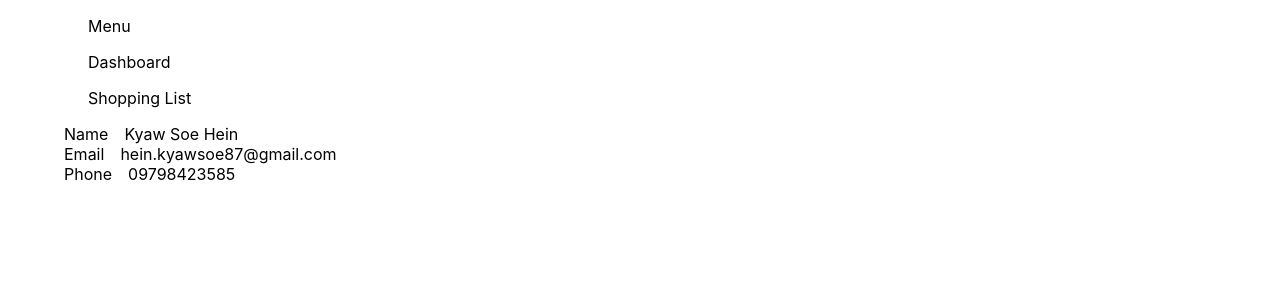
Repository: KyawSoeHein/GoogleAuthReact
Page: /
The author's editor kept a copy of each file at every save. The page is drawn from the files as they stood at one save, then again after the next save.
The browser window is 1280 px wide. The pictures show the whole page.
The project was rebuilt for these pictures with package versions that can differ from the ones it lists, and the page was loaded fresh each time.

Above is the page before, as saved 2022-02-14 18:43:52.

### src/index.tsx
import React from "react";
import ReactDOM from "react-dom";
import "./index.css";
import App from "./App";
import Dashboard from "./View/Dashboard";
import reportWebVitals from "./reportWebVitals";

ReactDOM.render(
  <React.StrictMode>
    <Dashboard />
  </React.StrictMode>,
  document.getElementById("root")
);

// If you want to start measuring performance in your app, pass a function
// to log results (for example: reportWebVitals(console.log))
// or send to an analytics endpoint. Learn more: https://bit.ly/CRA-vitals
reportWebVitals();

### src/View/Dashboard.tsx
import React from "react";
import { Container, Grid, Stack } from "@mui/material";
import MenuSelection from "../Components/MenuSelection";

const Dashboard = () => {
  return (
    <Grid>
      <Container>
        <MenuSelection />

        <Stack direction={"row"} spacing={2}>
          <div>Name</div>
          <div>Kyaw Soe Hein</div>
        </Stack>

        <Stack direction={"row"} spacing={2}>
          <div>Email</div>
          <div>hein.kyawsoe87@gmail.com</div>
        </Stack>

        <Stack direction={"row"} spacing={2}>
          <div>Phone</div>
          <div>09798423585</div>
        </Stack>
      </Container>
    </Grid>
  );
};

export default Dashboard;

### src/Components/MenuSelection.tsx
import React from "react";
import { Container, Grid, Stack } from "@mui/material";
import "../App.css";

const MenuSelection = () => {
  return (
    <Container>
      <p className="menuSelectionTitle">Menu</p>

      <p>Dashboard</p>
      <p>Shopping List</p>
    </Container>
  );
};

export default MenuSelection;

### src/App.css
.App {
  text-align: center;
}

.App-logo {
  height: 40vmin;
  pointer-events: none;
}

@media (prefers-reduced-motion: no-preference) {
  .App-logo {
    animation: App-logo-spin infinite 20s linear;
  }
}

.App-header {
  background-color: #282c34;
  min-height: 100vh;
  display: flex;
  flex-direction: column;
  align-items: center;
  justify-content: center;
  font-size: calc(10px + 2vmin);
  color: white;
}

.App-link {
  color: #61dafb;
}

@keyframes App-logo-spin {
  from {
    transform: rotate(0deg);
  }
  to {
    transform: rotate(360deg);
  }
}

.menuSelectionTitle {
  font-size: 16px;
}

Loaded but not shown: public/index.html (common file); src/index.css (common file); src/reportWebVitals.ts (common file)

After the next save:
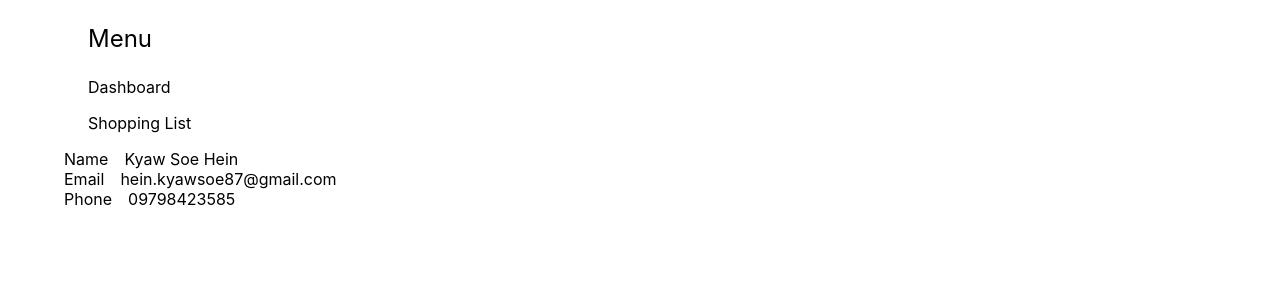
Saved 8 s later.
--- a/src/App.css
+++ b/src/App.css
@@ -38,5 +38,5 @@
 }
 
 .menuSelectionTitle {
-  font-size: 16px;
+  font-size: 24px;
 }
